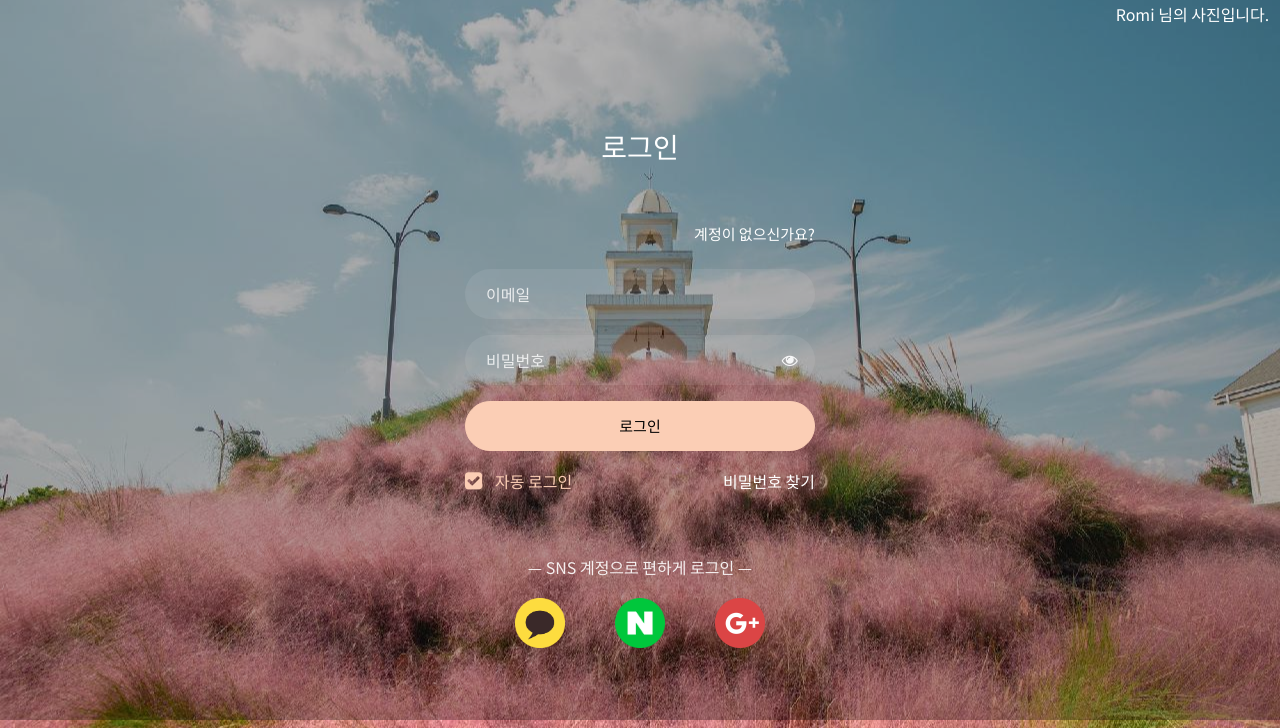
Repository: jangseohyun/LEGGO_2021
Page: http://localhost/PrjApp/Login.jsp
The author's editor kept a copy of each file at every save. The page is drawn from the files as they stood at one save, then again after the next save.
The browser window is 1280 px wide. The pictures show the whole page.
The page is served by Tomcat 9. Other server files are loaded and not shown.

Above is the page before, as saved 2021-06-26 10:44:10.

### PrjApp/WebContent/Login.jsp
<%@ page contentType="text/html; charset=UTF-8"%>
<%@ taglib prefix="c" uri="http://java.sun.com/jsp/jstl/core"%>
<%
	request.setCharacterEncoding("UTF-8");
	String cp = request.getContextPath();
%>
<!doctype html>
<html lang="en">
<head>
<title>Login</title>
<meta charset="utf-8">
<meta name="viewport"
	content="width=device-width, initial-scale=1, shrink-to-fit=no">
<link rel="preconnect" href="https://fonts.gstatic.com">
<link rel="preconnect" href="https://fonts.gstatic.com">
<link
	href="https://fonts.googleapis.com/css2?family=Noto+Sans+KR:wght@300;400&display=swap"
	rel="stylesheet">
<link
	href="https://fonts.googleapis.com/css?family=Lato:300,400,700&display=swap"
	rel="stylesheet">

<link rel="stylesheet"
	href="https://stackpath.bootstrapcdn.com/font-awesome/4.7.0/css/font-awesome.min.css">

<link rel="stylesheet" href="css/style.css">

<!-- 카카오 로그인 API -->
<script src="https://developers.kakao.com/sdk/js/kakao.min.js">
	Kakao.init("a76949096713e82c75fa45bdb32ebb4c");
</script>

<!-- 구글 로그인 API -->
<script src="https://apis.google.com/js/platform.js" async defer></script>
<meta name="google-signin-client_id" content="https://447693494839-5d859g9t2hvpdupbar05mii8a0c4ag1j.apps.googleusercontent.com/.apps.googleusercontent.com">

</head>
<body class="img js-fullheight" style="background-image: url(images/jeju.png);">
<p class="userimg">Romi 님의 사진입니다.&nbsp;&nbsp;&nbsp;</p>
<section class="ftco-section">
		<div class="container">
			<div class="row justify-content-center">
				<div class="col-md-6 text-center mb-5">
					<h2 class="heading-section">로그인</h2>
				</div>
			</div>
			<div class="row justify-content-center">
				<div class="col-md-6 col-lg-4">
					<div class="login-wrap p-0">
						<h3 class="mb-4" style="text-align: right; font-size: 15px; font-family: 'Noto Sans KR', sans-serif;" onclick="location.href='/PrjApp/Signin.jsp';">계정이 없으신가요?</h3>
						<form action="#" class="signin-form">
							<div class="form-group">
								<input type="text" class="form-control" placeholder="이메일"
									required>
							</div>
							<div class="form-group">
								<input id="password-field" type="password" class="form-control"
									placeholder="비밀번호" required> <span
									toggle="#password-field"
									class="fa fa-fw fa-eye field-icon toggle-password"></span>
							</div>
							<div class="form-group">
								<button type="submit" class="form-control btn btn-primary submit px-3"
								style="font-family: 'Noto Sans KR', sans-serif;">로그인</button>
							</div>
							<div class="form-group d-md-flex">
								<div class="w-50">
									<label class="checkbox-wrap checkbox-primary" style="font-family: 'Noto Sans KR', sans-serif;">자동 로그인<input
										type="checkbox" checked> <span class="checkmark"></span>
									</label>
								</div>
								<div class="w-50 text-md-right">
									<a href="#" style="color: #fff; font-family: 'Noto Sans KR', sans-serif;">비밀번호 찾기</a>
								</div>
							</div>
						</form>
						<br><p class="w-100 text-center" style="font-family: 'Noto Sans KR', sans-serif;">&mdash; SNS 계정으로 편하게 로그인 &mdash;</p>
						<div class="social d-flex" style="text-align: center;">
							<div style="width: 100px;"><img src="images/kakao_login.png" width="50px"></div>
							<div style="width: 100px;"><img src="images/naver_login.png" width="50px" style="border-radius: 5px;"></div>
							<div style="width: 100px;" data-onsuccess="onSignIn"><img src="images/google_login.jpg" width="50px" style="border-radius: 5px;"></div>
						</div>
					</div>
				</div>
			</div>
		</div>
	</section>

	<script src="js/jquery.min.js"></script>
	<script src="js/popper.js"></script>
	<script src="js/bootstrap.min.js"></script>
	<script src="js/main.js"></script>

</body>
</html>

Loaded but not shown: PrjApp/WebContent/css/style.css (library); PrjApp/WebContent/js/jquery.min.js (library); PrjApp/WebContent/js/popper.js (library); PrjApp/WebContent/js/bootstrap.min.js (library); PrjApp/WebContent/js/main.js (common file)

After the next save:
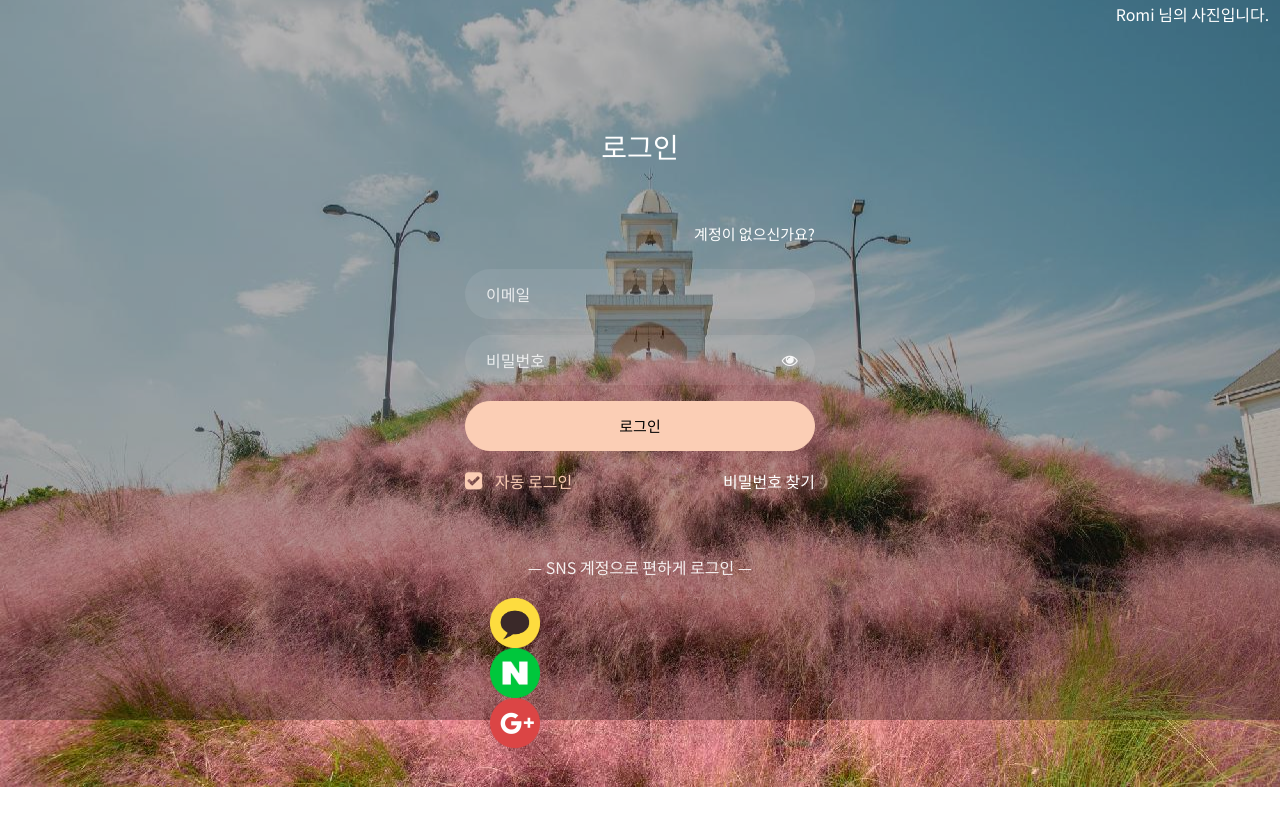
Saved 15 s later.
--- a/PrjApp/WebContent/Login.jsp
+++ b/PrjApp/WebContent/Login.jsp
@@ -75,7 +75,7 @@
 							</div>
 						</form>
 						<br><p class="w-100 text-center" style="font-family: 'Noto Sans KR', sans-serif;">&mdash; SNS 계정으로 편하게 로그인 &mdash;</p>
-						<div class="social d-flex" style="text-align: center;">
+						<div style="text-align: center;">
 							<div style="width: 100px;"><img src="images/kakao_login.png" width="50px"></div>
 							<div style="width: 100px;"><img src="images/naver_login.png" width="50px" style="border-radius: 5px;"></div>
 							<div style="width: 100px;" data-onsuccess="onSignIn"><img src="images/google_login.jpg" width="50px" style="border-radius: 5px;"></div>

After the save that followed:
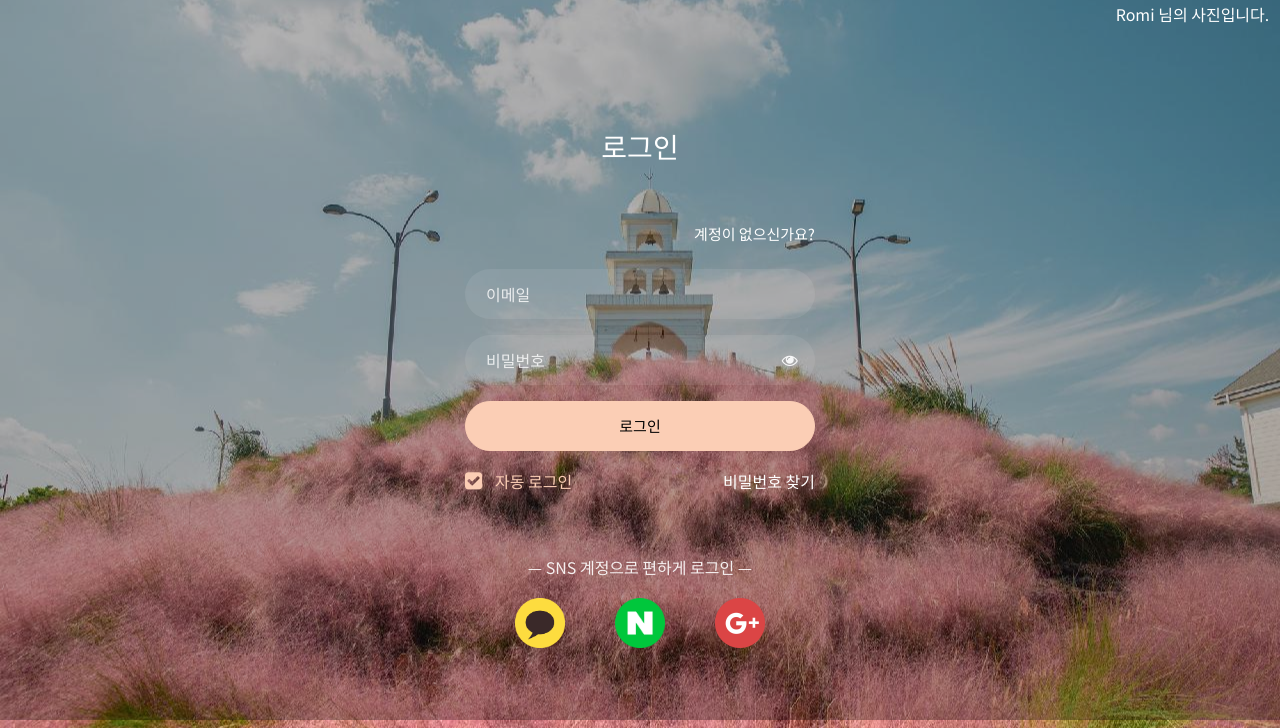
Saved 6 s later.
--- a/PrjApp/WebContent/Login.jsp
+++ b/PrjApp/WebContent/Login.jsp
@@ -75,7 +75,7 @@
 							</div>
 						</form>
 						<br><p class="w-100 text-center" style="font-family: 'Noto Sans KR', sans-serif;">&mdash; SNS 계정으로 편하게 로그인 &mdash;</p>
-						<div style="text-align: center;">
+						<div class="social d-flex" style="text-align: center;">
 							<div style="width: 100px;"><img src="images/kakao_login.png" width="50px"></div>
 							<div style="width: 100px;"><img src="images/naver_login.png" width="50px" style="border-radius: 5px;"></div>
 							<div style="width: 100px;" data-onsuccess="onSignIn"><img src="images/google_login.jpg" width="50px" style="border-radius: 5px;"></div>
